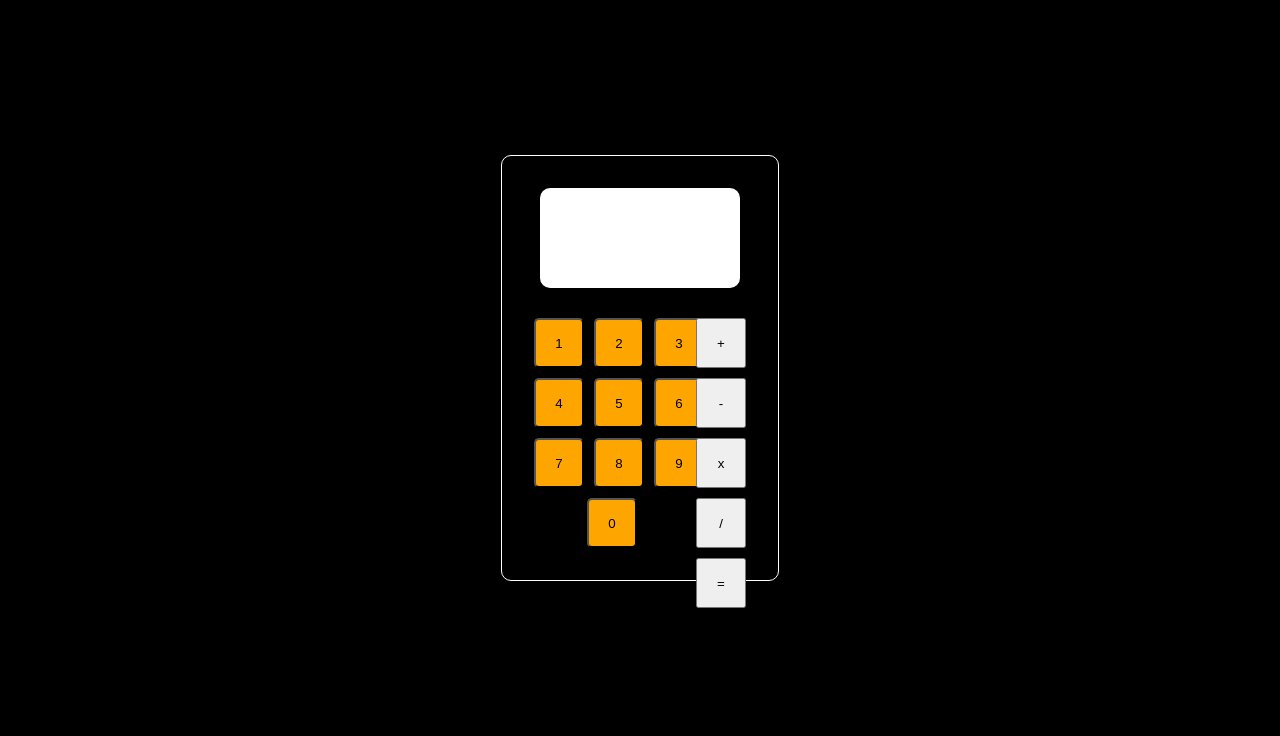
Repository: askan-ken/Simple-calculator
Page: index.html
These files come from the project's save history. The page is drawn as it stood at one moment and after a run of saves; the edit follows.
The browser window is 1280 px wide. The pictures show the whole page.

Above is the page before, as saved 2023-02-17 05:10:52.
Console error: TypeError: Cannot read properties of null (reading 'addEventListener')

### index.html
<!DOCTYPE html>
<html lang="en">
<head>
  <meta charset="UTF-8">
  <meta http-equiv="X-UA-Compatible" content="IE=edge">
  <meta name="viewport" content="width=device-width, initial-scale=1.0">
  <title>Calculator</title>
  <link rel="stylesheet" href="./style.css">
  <script src="./script.js"></script>
</head>
<style>
  body{
    height: 100vh;
    background-color: black;
    color: white;
    display: flex;
    justify-content: center;
    align-items: center;
  }
</style>
<body>
  <div class="container">
    <div class="display">
      <div class="displays" id="display">

      </div>
    </div>
    <div class="buttons">
      <div class="number">
        <button class="numbers">1</button>
        <button class="numbers">2</button>
        <button class="numbers">3</button>
        <button class="numbers">4</button>
        <button class="numbers">5</button>
        <button class="numbers">6</button>
        <button class="numbers">7</button>
        <button class="numbers">8</button>
        <button class="numbers">9</button>
        <button class="numbers zero">0</button>
      </div>
      <div class="operator">
        <button class="operators">+</button>
        <button class="operators">-</button>
        <button class="operators">x</button>
        <button class="operators">/</button>
        <button class="operators">=</button>
      </div>
    </div>
  </div>
</body>
</html>

### style.css
.container {
  display: flex;
  flex-direction: column;
  justify-content: center;
  align-items: center;
  gap: 30px;
  border: 1px solid white;
  border-radius: 10px;
  padding: 2rem;
  -webkit-border-radius: 10px;
  -moz-border-radius: 10px;
  -ms-border-radius: 10px;
  -o-border-radius: 10px;
}
.displays {
  width: 200px;
  height: 100px;
  background-color: white;
  border-radius: 10px;
  -webkit-border-radius: 10px;
  -moz-border-radius: 10px;
  -ms-border-radius: 10px;
  -o-border-radius: 10px;
}
.buttons {
  display: grid;
  grid-template-columns: 150px 50px;
  grid-template-rows: 230px;
  grid-column-gap: 12px;
  grid-row-gap: 0px;
}
.number {
  display: grid;
  grid-template-columns: repeat(3, 50px);
  grid-template-rows: repeat(4, 50px);
  grid-column-gap: 10px;
  grid-row-gap: 10px;
}
.numbers {
  background-color: orange;
  border-radius: 5px;
  -webkit-border-radius: 5px;
  -moz-border-radius: 5px;
  -ms-border-radius: 5px;
  -o-border-radius: 5px;
  cursor: pointer;
}
.zero {
  position: relative;
  left: 53px;
}

.operator {
  display: grid;
  grid-template-columns: 50px;
  grid-template-rows: repeat(5, 50px);
  grid-column-gap: 0px;
  grid-row-gap: 10px;
}

### script.js
const plus = document.getElementById('plus');
const minus = document.getElementById('minus');
const counts = document.querySelectorAll('#count');


function addNumber(number) {
    for(let i = 0 ; i < counts.length; i++){
        counts[i].textContent = parseInt(counts[i].textContent) + number
    }
}
function subtractNumber(number) {
    for(let i = 0; i < counts.length; i++){
        counts[i].textContent = parseInt(counts[i].textContent) - number
    }
}


plus.addEventListener('click', function(){
    addNumber(1)
})

minus.addEventListener('click', function(){
    subtractNumber(1)
})

After the next 3 saves:
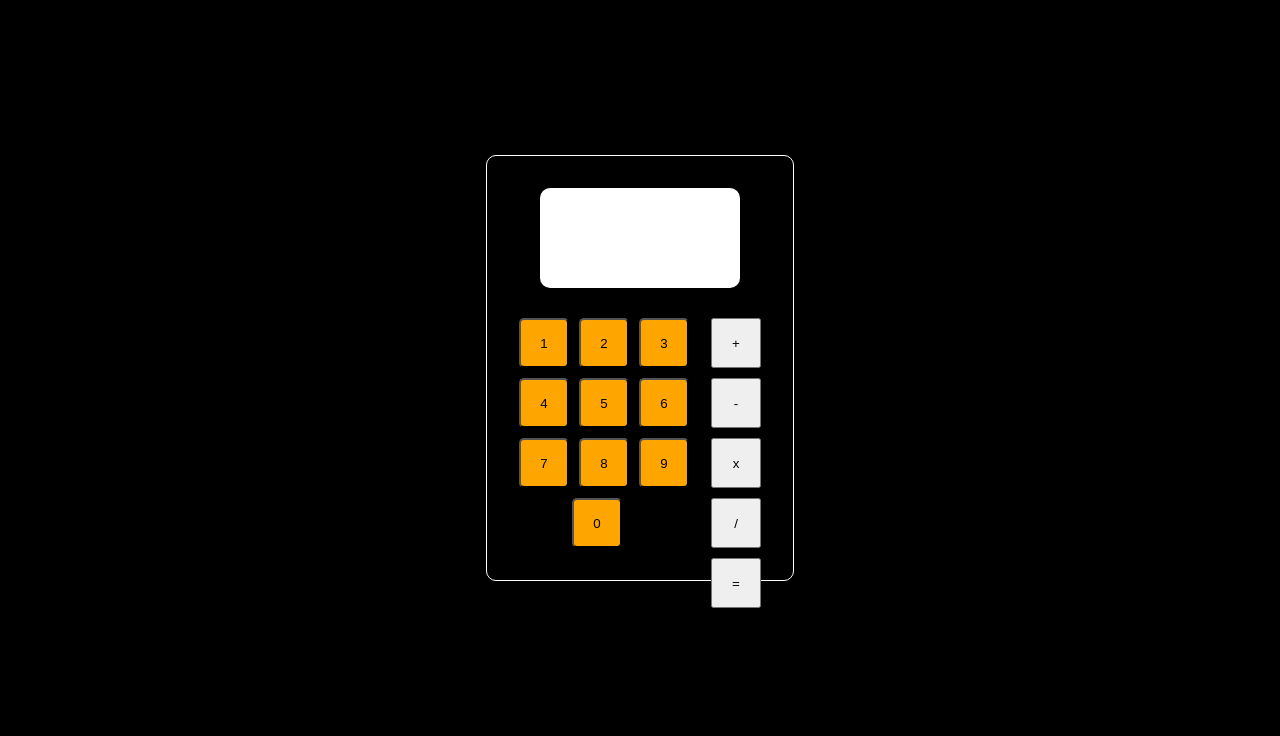
The 3 saves are shown as one change because they came seconds apart.
The last was saved 31 s later.
--- a/style.css
+++ b/style.css
@@ -24,7 +24,7 @@
 }
 .buttons {
   display: grid;
-  grid-template-columns: 150px 50px;
+  grid-template-columns: 180px 50px;
   grid-template-rows: 230px;
   grid-column-gap: 12px;
   grid-row-gap: 0px;
